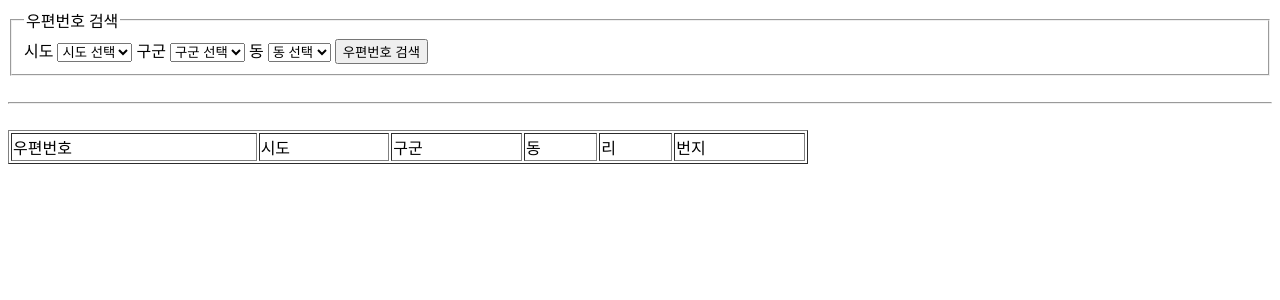
Repository: popconnect/jQuery
Page: http://localhost/jQueryUiEx03/zipcodeEx02.jsp
An editor plug-in stored every save of this project. The page is shown before and after the next save, followed by the edit.
The browser window is 1280 px wide. The pictures show the whole page.
The page is served by Tomcat 9. Other server files are loaded and not shown.

Above is the page before, as saved 2023-05-17 05:44:00.

### jQueryUiEx03/src/main/webapp/zipcodeEx02.jsp
<%@ page language="java" contentType="text/html; charset=UTF-8"
	pageEncoding="UTF-8"%>
<!DOCTYPE html>
<html>
<head>
<meta charset="UTF-8">
<title>Insert title here</title>
<script type="text/javascript" src="./js/jquery-3.7.0.js"></script>
<script type="text/javascript" src="./js/jquery-ui.js"></script>

</head>
<body>
	<fieldset>
		<legend>우편번호 검색</legend>
		<label for="sido">시도</label> <select id="sido">
			<option disabled="disabled" selected="selected">시도 선택</option>
		</select> <label for="gugun">구군</label> <select id="gugun">
			<option disabled="disabled" selected="selected">구군 선택</option>
		</select> <label for="dong">동</label> <select id="dong">
			<option disabled="disabled" selected="selected">동 선택</option>
		</select>
		<button id="btn">우편번호 검색</button>
	</fieldset>
	<br>
	<hr>
	<br>
	<div id="result">
		<table border="1" width="800">
			<tr>
				<td>우편번호</td>
				<td>시도</td>
				<td>구군</td>
				<td>동</td>
				<td>리</td>
				<td>번지</td>
		</table>
	</div>
</body>
</html>

Loaded but not shown: jQueryUiEx03/src/main/webapp/js/jquery-3.7.0.js (library); jQueryUiEx03/src/main/webapp/js/jquery-ui.js (library); jQueryUiEx03/src/main/webapp/css/cupertino/jquery-ui.css (library)

After the next save:
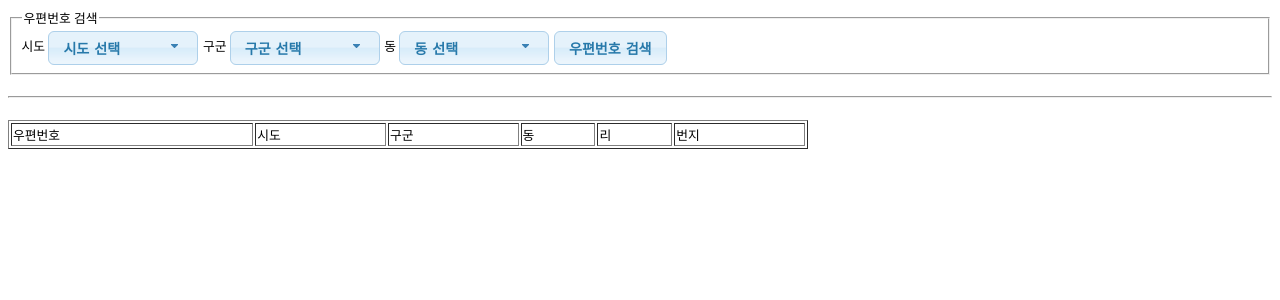
Saved 59 s later.
--- a/jQueryUiEx03/src/main/webapp/zipcodeEx02.jsp
+++ b/jQueryUiEx03/src/main/webapp/zipcodeEx02.jsp
@@ -5,9 +5,27 @@
 <head>
 <meta charset="UTF-8">
 <title>Insert title here</title>
+<link rel="stylesheet" href="./css/cupertino/jquery-ui.css" />
+<style type="text/css">
+body {
+	font-size: 80%;
+}
+</style>
 <script type="text/javascript" src="./js/jquery-3.7.0.js"></script>
 <script type="text/javascript" src="./js/jquery-ui.js"></script>
+<script type="text/javascript">
+	//버튼 이벤트
+	$(document).ready(function() {
+		$('#sido, #gugun, #dong').selectmenu({
+			width: 150,
+		});
 
+		$('#btn').button().on('click', function() {
+
+		});
+	});
+
+</script>
 </head>
 <body>
 	<fieldset>
